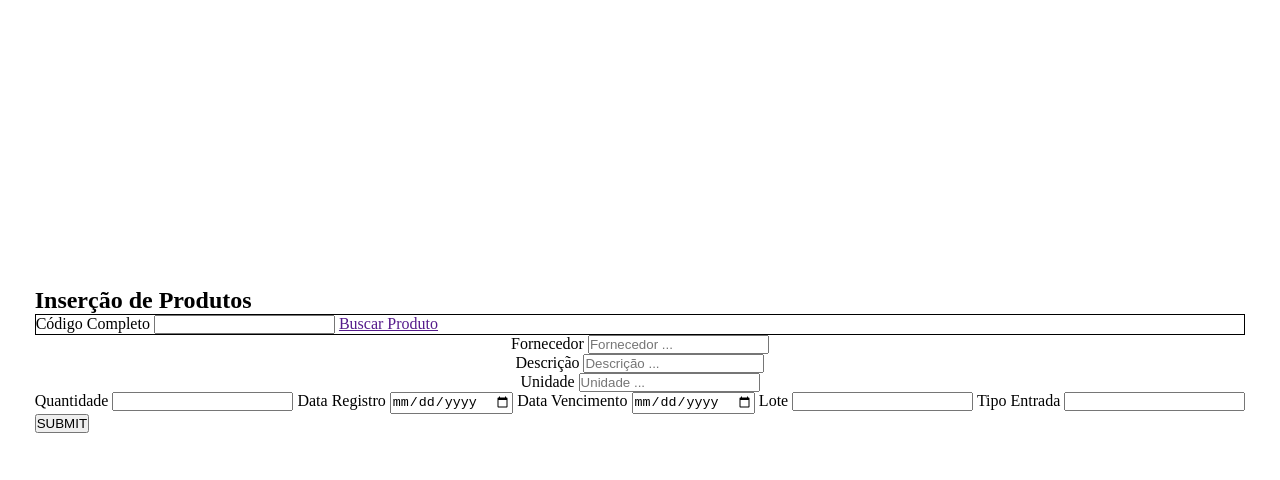
Repository: RobertoAntunes35/controle-estoque
Page: backend/templates/index.html
These files come from the project's save history. The page is drawn as it stood at one moment and after the next save; the edit follows.
The browser window is 1280 px wide. The pictures show the whole page.
The template is drawn by Flask 3. The application's start-up code is not run. The template is opened directly, without the code that normally fills it, so the values that code supplies are empty.

Above is the page before, as saved 2023-05-27 11:37:45.

After the next save:
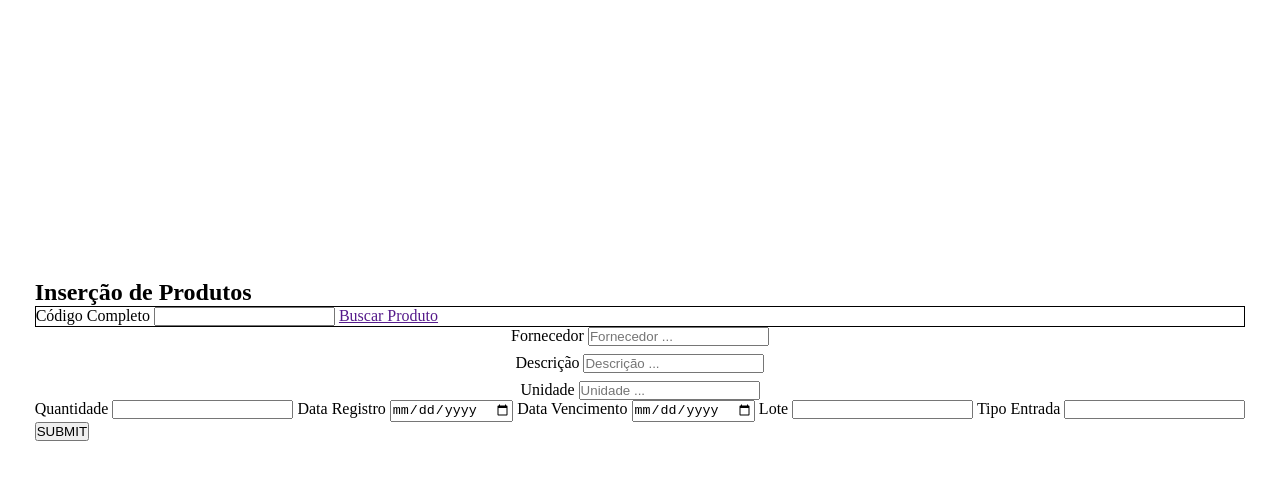
Saved 14 s later.
--- a/backend/static/index.css
+++ b/backend/static/index.css
@@ -19,8 +19,7 @@
 .values-find{
     display: flex;
     flex-direction: column;
-    align-items: start;
-    justify-content: start;
+    gap: .5rem;
 }
 
 .choices-values{
